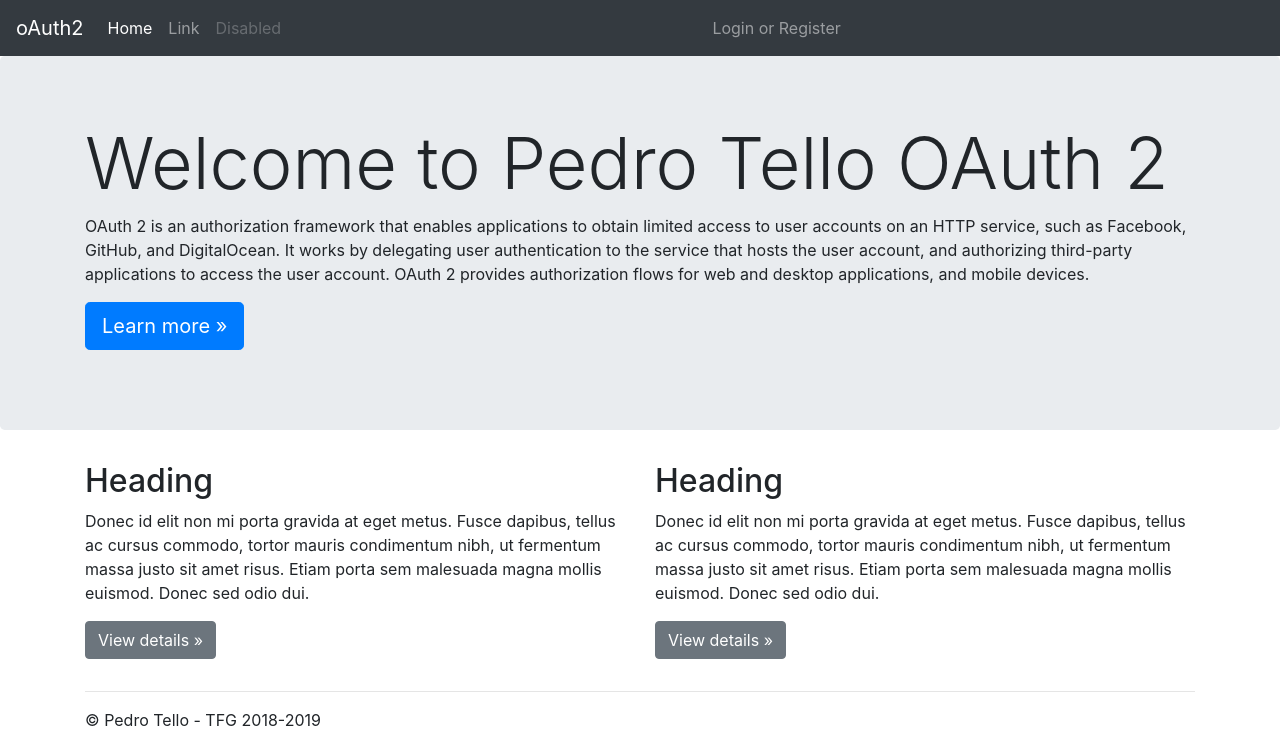
Repository: Xevit/eclipse-workspace
Page: AplicationOAuth2/src/main/webapp/index.html
The author's editor kept a copy of each file at every save. The page is drawn from the files as they stood at one save, then again after the next save.
The browser window is 1280 px wide. The pictures show the whole page.
Some web libraries are served in a nearby version.

Above is the page before, as saved 2018-08-15 23:25:47.

### AplicationOAuth2/src/main/webapp/index.html
<!DOCTYPE html>
<html>
<head>
  <link href="css/bootstrap.min.css" rel="stylesheet">
    <!-- Custom styles for this template -->
    <link href="css/jumbotron.css" rel="stylesheet">
</head>
<body>
<nav class="navbar navbar-expand-md navbar-dark fixed-top bg-dark">
      <a class="navbar-brand" href="#">oAuth2</a>
      <button class="navbar-toggler" type="button" data-toggle="collapse" data-target="#navbarsExampleDefault" aria-controls="navbarsExampleDefault" aria-expanded="false" aria-label="Toggle navigation">
        <span class="navbar-toggler-icon"></span>
      </button>

      <div class="collapse navbar-collapse" id="navbarsExampleDefault">
        <ul class="navbar-nav mr-auto">
          <li class="nav-item active">
            <a class="nav-link" href="#">Home <span class="sr-only">(current)</span></a>
          </li>
          <li class="nav-item">
            <a class="nav-link" href="#">Link</a>
          </li>
          <li class="nav-item">
            <a class="nav-link disabled" href="#">Disabled</a>
          </li>
          <!--<li class="nav-item dropdown">
            <a class="nav-link dropdown-toggle" href="http://example.com" id="dropdown01" data-toggle="dropdown" aria-haspopup="true" aria-expanded="false">Dropdown</a>
            <div class="dropdown-menu" aria-labelledby="dropdown01">
              <a class="dropdown-item" href="#">Action</a>
              <a class="dropdown-item" href="#">Another action</a>
              <a class="dropdown-item" href="#">Something else here</a>
            </div>
          </li>-->
        </ul>
        <ul class="navbar-nav mr-auto">
          <li class="nav-item">
            <a class="nav-link" href="login.html">Login or Register</a>
          </li>
          <!--<input class="form-control mr-sm-2" type="text" placeholder="Search" aria-label="Search">-->
          <!--<button class="btn btn-outline-success my-2 my-sm-0" type="submit">Search</button>-->
         </ul>
      </div>
    </nav>

    <main role="main">

      <!-- Main jumbotron for a primary marketing message or call to action -->
      <div class="jumbotron">
        <div class="container">
          <h1 class="display-3">Welcome to Pedro Tello OAuth 2</h1>
          <p>OAuth 2 is an authorization framework that enables applications to obtain limited access to user accounts on an HTTP service, such as Facebook, GitHub, and DigitalOcean. It works by delegating user authentication to the service that hosts the user account, and authorizing third-party applications to access the user account. OAuth 2 provides authorization flows for web and desktop applications, and mobile devices.</p>
          <p><a class="btn btn-primary btn-lg" href="https://oauth.net/2/" role="button">Learn more &raquo;</a></p>
        </div>
      </div>

      <div class="container">
        <!-- Example row of columns -->
        <div class="row">
          <div class="col-md-6">
            <h2>Heading</h2>
            <p>Donec id elit non mi porta gravida at eget metus. Fusce dapibus, tellus ac cursus commodo, tortor mauris condimentum nibh, ut fermentum massa justo sit amet risus. Etiam porta sem malesuada magna mollis euismod. Donec sed odio dui. </p>
            <p><a class="btn btn-secondary" href="hello" role="button">View details &raquo;</a></p>
          </div>
          <div class="col-md-6">
            <h2>Heading</h2>
            <p>Donec id elit non mi porta gravida at eget metus. Fusce dapibus, tellus ac cursus commodo, tortor mauris condimentum nibh, ut fermentum massa justo sit amet risus. Etiam porta sem malesuada magna mollis euismod. Donec sed odio dui. </p>
            <p><a class="btn btn-secondary" href="bye" role="button">View details &raquo;</a></p>
          </div>

        </div>

        <hr>

      </div> <!-- /container -->

    </main>

    <footer class="container">
      <p>&copy; Pedro Tello - TFG 2018-2019</p>
    </footer>

<script src="https://code.jquery.com/jquery-3.2.1.slim.min.js" integrity="sha384-KJ3o2DKtIkvYIK3UENzmM7KCkRr/rE9/Qpg6aAZGJwFDMVNA/GpGFF93hXpG5KkN" crossorigin="anonymous"></script>
    <script>window.jQuery || document.write('<script src="../../assets/js/vendor/jquery-slim.min.js"><\/script>')</script>
    <script src="js/popper.min.js"></script>
    <script src="js/bootstrap.min.js"></script>
</body>
</html>

Loaded but not shown: AplicationOAuth2/src/main/webapp/css/bootstrap.min.css (library); AplicationOAuth2/src/main/webapp/css/jumbotron.css (common file); AplicationOAuth2/src/main/webapp/js/popper.min.js (library); AplicationOAuth2/src/main/webapp/js/bootstrap.min.js (library)

After the next save:
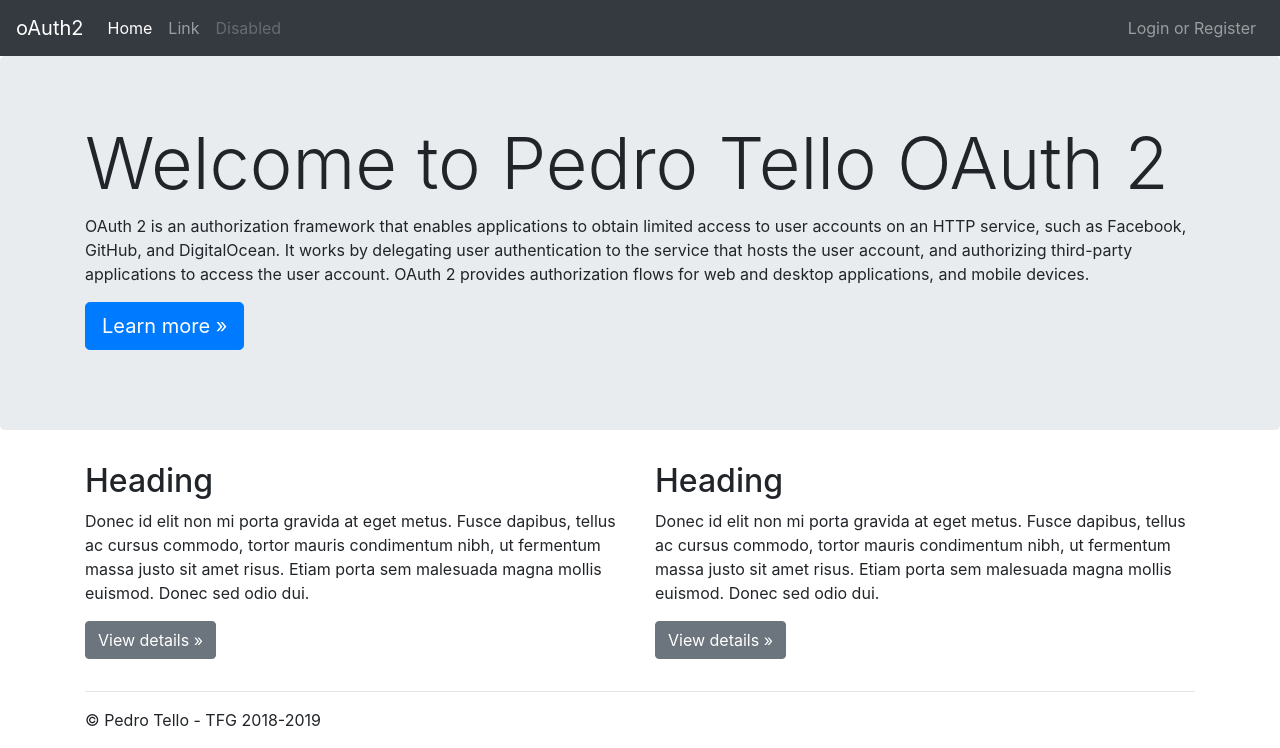
Saved 65 s later.
--- a/AplicationOAuth2/src/main/webapp/index.html
+++ b/AplicationOAuth2/src/main/webapp/index.html
@@ -32,7 +32,7 @@
             </div>
           </li>-->
         </ul>
-        <ul class="navbar-nav mr-auto">
+        <ul class="navbar-nav mr-right" >
           <li class="nav-item">
             <a class="nav-link" href="login.html">Login or Register</a>
           </li>
